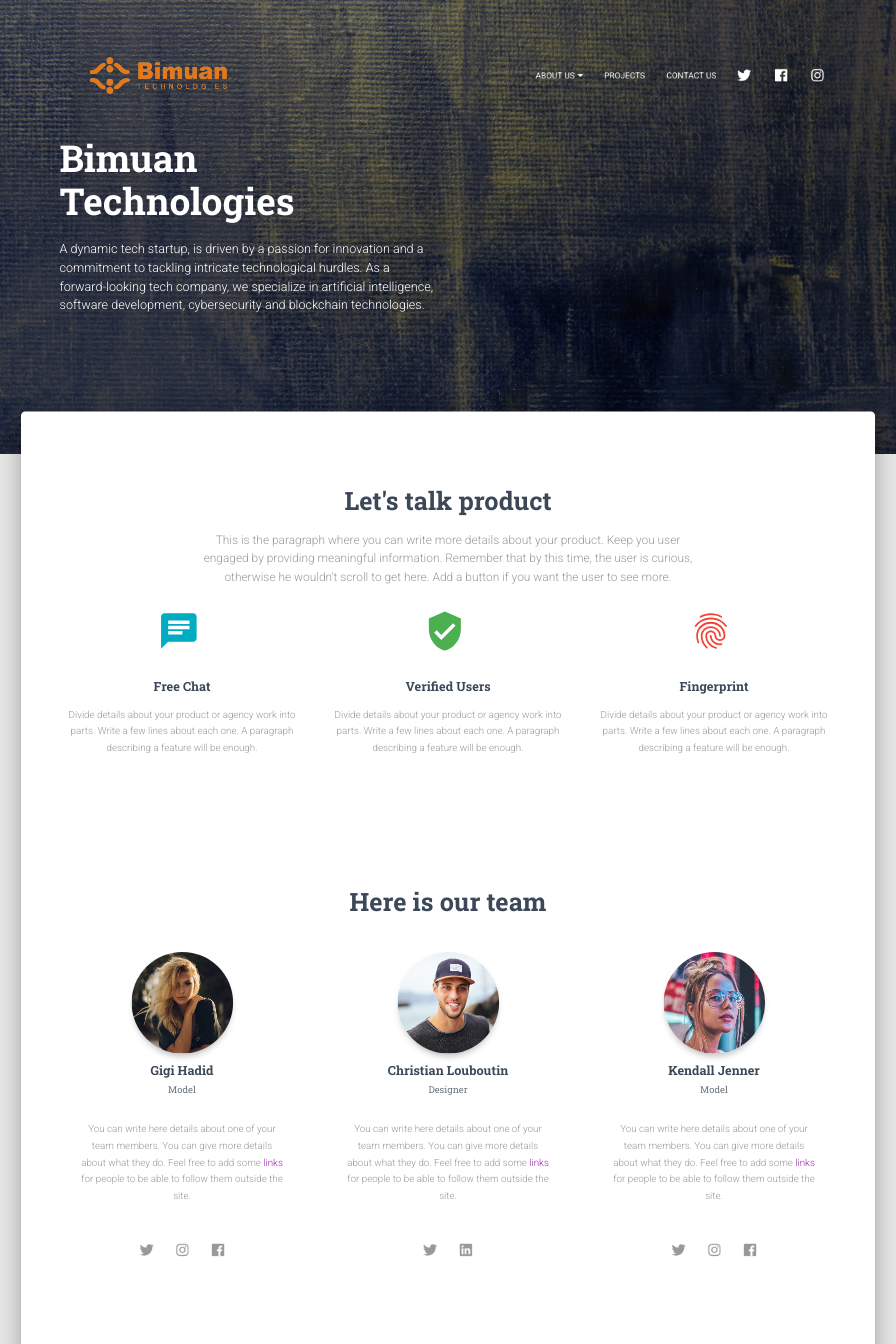
Repository: marcusdashe/bimuan-tech
Page: /
An editor plug-in stored every save of this project. The page is shown before and after the next save, followed by the edit.
The browser window is 1280 px wide. The pictures show the part of the page from y = 0 to 1920 px (the page is 2679 px tall), at 70% of full size.
Some web libraries are served in a nearby version. The project was rebuilt for these pictures with package versions that can differ from the ones it lists, and the page was loaded fresh each time. The framework's server and built-in components were replaced by stand-ins that run in the browser. Also part of the build but not shown: next.config.js.

Above is the page before, as saved 2023-10-30 14:21:20.

### pages/_app.js
/*!

=========================================================
* NextJS Material Kit v1.2.2 based on Material Kit Free - v2.0.2 (Bootstrap 4.0.0 Final Edition) and Material Kit React v1.8.0
=========================================================

* Product Page: https://www.creative-tim.com/product/nextjs-material-kit
* Copyright 2023 Creative Tim (https://www.creative-tim.com)
* Licensed under MIT (https://github.com/creativetimofficial/nextjs-material-kit/blob/main/LICENSE.md)

* Coded by Creative Tim

=========================================================

* The above copyright notice and this permission notice shall be included in all copies or substantial portions of the Software.

*/
import React from "react";
import App from "next/app";
import Head from "next/head";
import "/styles/scss/nextjs-material-kit.scss?v=1.2.0";

export default class MyApp extends App {
  componentDidMount() {
    let comment = document.createComment(`

=========================================================
* NextJS Material Kit v1.2.2 based on Material Kit Free - v2.0.2 (Bootstrap 4.0.0 Final Edition) and Material Kit React v1.8.0
=========================================================

* Product Page: https://www.creative-tim.com/product/nextjs-material-kit
* Copyright 2023 Creative Tim (https://www.creative-tim.com)
* Licensed under MIT (https://github.com/creativetimofficial/nextjs-material-kit/blob/main/LICENSE.md)

* Coded by Creative Tim

=========================================================

* The above copyright notice and this permission notice shall be included in all copies or substantial portions of the Software.

`);
    document.insertBefore(comment, document.documentElement);
  }
  static async getInitialProps({ Component, router, ctx }) {
    let pageProps = {};

    if (Component.getInitialProps) {
      pageProps = await Component.getInitialProps(ctx);
    }

    return { pageProps };
  }
  render() {
    const { Component, pageProps } = this.props;

    return (
      <React.Fragment>
        <Head>
          <meta
            name="viewport"
            content="width=device-width, initial-scale=1, shrink-to-fit=no"
          />
          <title>Bimuan Technologies</title>
        </Head>
        <Component {...pageProps} />
      </React.Fragment>
    );
  }
}

### pages/index.js
// import React, { Component } from "react";
// import Router from "next/router";

// export default class Index extends Component {
//   componentDidMount = () => {
//     Router.push("/components");
//   };

//   render() {
//     return <div />;
//   }
// }

import React from "react";
// nodejs library that concatenates classes
import classNames from "classnames";
// @material-ui/core components
import { makeStyles } from "@material-ui/core/styles";

// @material-ui/icons

// core components
import Header from "/components/Header/Header.js";
import Footer from "/components/Footer/Footer.js";
import GridContainer from "/components/Grid/GridContainer.js";
import GridItem from "/components/Grid/GridItem.js";
import Button from "/components/CustomButtons/Button.js";
import HeaderLinks from "/components/Header/HeaderLinks.js";
import Parallax from "/components/Parallax/Parallax.js";

import styles from "/styles/jss/nextjs-material-kit/pages/landingPage.js";

// Sections for this page
import ProductSection from "/pages-sections/LandingPage-Sections/ProductSection.js";
import TeamSection from "/pages-sections/LandingPage-Sections/TeamSection.js";
import WorkSection from "/pages-sections/LandingPage-Sections/WorkSection.js";

const dashboardRoutes = [];

const useStyles = makeStyles(styles);

export default function LandingPage(props) {
  const classes = useStyles();
  const { ...rest } = props;
  return (
    <div>
      <Header
        color="transparent"
        routes={dashboardRoutes}
        brand="NextJS Material Kit"
        rightLinks={<HeaderLinks />}
        fixed
        changeColorOnScroll={{
          height: 400,
          color: "white",
        }}
        {...rest}
      />
      <Parallax filter responsive image="/img/hero.jpg">
        <div className={classes.container}>
          <GridContainer>
            <GridItem xs={12} sm={12} md={6}>
              <h1 className={classes.title}>Bimuan Technologies</h1>
              <h4>
                A dynamic tech startup, is driven by a passion for innovation
                and a commitment to tackling intricate technological hurdles. As
                a forward-looking tech company, we specialize in artificial
                intelligence, software development, cybersecurity and blockchain
                technologies.
              </h4>
              <br />
              {/* <Button
                color="danger"
                size="lg"
                href="https://www.youtube.com/watch?v=dQw4w9WgXcQ&ref=creativetim"
                target="_blank"
                rel="noopener noreferrer"
              >
                <i className="fas fa-play" />
                Watch video
              </Button> */}
            </GridItem>
          </GridContainer>
        </div>
      </Parallax>
      <div className={classNames(classes.main, classes.mainRaised)}>
        <div className={classes.container}>
          <ProductSection />
          <TeamSection />
          <WorkSection />
        </div>
      </div>
      <Footer />
    </div>
  );
}

### styles/scss/nextjs-material-kit.scss
/*!

=========================================================
* NextJS Material Kit v1.2.2 based on Material Kit Free - v2.0.2 (Bootstrap 4.0.0 Final Edition) and Material Kit React v1.8.0
=========================================================

* Product Page: https://www.creative-tim.com/product/nextjs-material-kit
* Copyright 2023 Creative Tim (https://www.creative-tim.com)
* Licensed under MIT (https://github.com/creativetimofficial/nextjs-material-kit/blob/main/LICENSE.md)

* Coded by Creative Tim

=========================================================

* The above copyright notice and this permission notice shall be included in all copies or substantial portions of the Software.

*/
@import "core/variables";
@import "core/mixins";

// Core Components
@import "core/misc";
@import "core/page-transition";

// Core Plugins

// @import "plugins/plugin-datetime-picker";
@import "plugins/plugin-nouislider";
@import "plugins/plugin-react-datetime";
@import "plugins/plugin-react-slick";

### styles/scss/core/variables/_shadow.scss
// Shadows (originally from mdl http://www.getmdl.io/)
$bmd-shadow-umbra-opacity: 0.2 !default;
$bmd-shadow-penumbra-opacity: 0.14 !default;
$bmd-shadow-ambient-opacity: 0.12 !default;

// Declare the following for reuse with both mixins and the bootstrap variables
$bmd-shadow-focus: 0 0 8px rgba($black, 0.18), 0 8px 16px rgba($black, 0.36);

$bmd-shadow-2dp: 0 2px 2px 0 rgba($black, $bmd-shadow-penumbra-opacity),
  0 3px 1px -2px rgba($black, $bmd-shadow-umbra-opacity),
  0 1px 5px 0 rgba($black, $bmd-shadow-ambient-opacity);

$bmd-shadow-3dp: 0 3px 4px 0 rgba($black, $bmd-shadow-penumbra-opacity),
  0 3px 3px -2px rgba($black, $bmd-shadow-umbra-opacity),
  0 1px 8px 0 rgba($black, $bmd-shadow-ambient-opacity);

$bmd-shadow-4dp: 0 4px 5px 0 rgba($black, $bmd-shadow-penumbra-opacity),
  0 1px 10px 0 rgba($black, $bmd-shadow-ambient-opacity),
  0 2px 4px -1px rgba($black, $bmd-shadow-umbra-opacity);

$bmd-shadow-6dp: 0 6px 10px 0 rgba($black, $bmd-shadow-penumbra-opacity),
  0 1px 18px 0 rgba($black, $bmd-shadow-ambient-opacity),
  0 3px 5px -1px rgba($black, $bmd-shadow-umbra-opacity);

$bmd-shadow-8dp: 0 8px 10px 1px rgba($black, $bmd-shadow-penumbra-opacity),
  0 3px 14px 2px rgba($black, $bmd-shadow-ambient-opacity),
  0 5px 5px -3px rgba($black, $bmd-shadow-umbra-opacity);

$bmd-shadow-16dp: 0 16px 24px 2px rgba($black, $bmd-shadow-penumbra-opacity),
  0 6px 30px 5px rgba($black, $bmd-shadow-ambient-opacity),
  0 8px 10px -5px rgba($black, $bmd-shadow-umbra-opacity);

$bmd-shadow-24dp: 0 9px 46px 8px rgba($black, $bmd-shadow-penumbra-opacity),
  0 11px 15px -7px rgba($black, $bmd-shadow-ambient-opacity),
  0 24px 38px 3px rgba($black, $bmd-shadow-umbra-opacity);

### styles/scss/core/variables/_functions.scss
// Bootstrap functions
//
// Utility mixins and functions for evalutating source code across our variables, maps, and mixins.

// Ascending
// Used to evaluate Sass maps like our grid breakpoints.
@mixin _assert-ascending($map, $map-name) {
  $prev-key: null;
  $prev-num: null;
  @each $key, $num in $map {
    @if $prev-num == null {
      // Do nothing
    } @else if not comparable($prev-num, $num) {
      @warn "Potentially invalid value for #{$map-name}: This map must be in ascending order, but key '#{$key}' has value #{$num} whose unit makes it incomparable to #{$prev-num}, the value of the previous key '#{$prev-key}' !";
    } @else if $prev-num >= $num {
      @warn "Invalid value for #{$map-name}: This map must be in ascending order, but key '#{$key}' has value #{$num} which isn't greater than #{$prev-num}, the value of the previous key '#{$prev-key}' !";
    }
    $prev-key: $key;
    $prev-num: $num;
  }
}

// Starts at zero
// Another grid mixin that ensures the min-width of the lowest breakpoint starts at 0.
@mixin _assert-starts-at-zero($map) {
  $values: map-values($map);
  $first-value: nth($values, 1);
  @if $first-value != 0 {
    @warn "First breakpoint in `$grid-breakpoints` must start at 0, but starts at #{$first-value}.";
  }
}

// Replace `$search` with `$replace` in `$string`
// Used on our SVG icon backgrounds for custom forms.
//
// @author Hugo Giraudel
// @param {String} $string - Initial string
// @param {String} $search - Substring to replace
// @param {String} $replace ('') - New value
// @return {String} - Updated string
@function str-replace($string, $search, $replace: "") {
  $index: str-index($string, $search);

  @if $index {
    @return str-slice($string, 1, $index - 1) + $replace +
      str-replace(
        str-slice($string, $index + str-length($search)),
        $search,
        $replace
      );
  }

  @return $string;
}

// Color contrast
@function color-yiq($color) {
  $r: red($color);
  $g: green($color);
  $b: blue($color);

  $yiq: (($r * 299) + ($g * 587) + ($b * 114)) / 1000;

  @if ($yiq >= $yiq-contrasted-threshold) {
    @return $yiq-text-dark;
  } @else {
    @return $yiq-text-light;
  }
}

// Retrieve color Sass maps
@function color($key: "blue") {
  @return map-get($colors, $key);
}

@function theme-color($key: "primary") {
  @return map-get($theme-colors, $key);
}

@function gray($key: "100") {
  @return map-get($grays, $key);
}

// Request a theme color level
@function theme-color-level($color-name: "primary", $level: 0) {
  $color: theme-color($color-name);
  $color-base: if($level > 0, #000, #fff);
  $level: abs($level);

  @return mix($color-base, $color, $level * $theme-color-interval);
}

### styles/scss/core/mixins/_colored-shadows.scss
@mixin shadow-big() {
  box-shadow: 0 16px 38px -12px rgba(0, 0, 0, $bmd-shadow-penumbra-opacity * 4),
    0 4px 25px 0px rgba(0, 0, 0, $bmd-shadow-ambient-opacity),
    0 8px 10px -5px rgba(0, 0, 0, $bmd-shadow-umbra-opacity);
}

@mixin shadow-big-image() {
  // new box shadow optimized for Tables and Phones
  box-shadow: 0 5px 15px -8px rgba(0, 0, 0, $bmd-shadow-ambient-opacity * 2),
    0 8px 10px -5px rgba(0, 0, 0, $bmd-shadow-umbra-opacity);
}

@mixin shadow-big-navbar() {
  box-shadow: 0 10px 20px -12px rgba(0, 0, 0, $bmd-shadow-penumbra-opacity * 3),
    0 3px 20px 0px rgba(0, 0, 0, $bmd-shadow-ambient-opacity),
    0 8px 10px -5px rgba(0, 0, 0, $bmd-shadow-umbra-opacity);
}

@mixin shadow-big-color($color) {
  // new box shadow optimized for Tables and Phones
  box-shadow: 0 5px 20px 0px rgba(0, 0, 0, 0.2),
    0 13px 24px -11px rgba($color, 0.6);
}

@mixin shadow-small-color($color) {
  // new box shadow optimized for Tablets and Phones
  box-shadow: 0 4px 20px 0px rgba(0, 0, 0, 0.14),
    0 7px 10px -5px rgba($color, 0.4);
}

@mixin shadow-navbar-color($color) {
  // new box shadow optimized for Tablets and Phones

  @if ($color == $white-color) {
    box-shadow: 0 4px 18px 0px rgba(0, 0, 0, 0.12),
      0 7px 10px -5px rgba(0, 0, 0, 0.15);
  } @else {
    box-shadow: 0 4px 20px 0px rgba(0, 0, 0, 0.14),
      0 7px 12px -5px rgba($color, 0.46);
  }
}

@mixin shadow-2dp() {
  box-shadow: 0 2px 2px 0 rgba(0, 0, 0, $bmd-shadow-penumbra-opacity),
    0 3px 1px -2px rgba(0, 0, 0, $bmd-shadow-ambient-opacity),
    0 1px 5px 0 rgba(0, 0, 0, $bmd-shadow-umbra-opacity);
}

@mixin shadow-4dp() {
  box-shadow: 0 4px 5px 0 rgba(0, 0, 0, $bmd-shadow-penumbra-opacity),
    0 1px 10px 0 rgba(0, 0, 0, $bmd-shadow-ambient-opacity),
    0 2px 4px -1px rgba(0, 0, 0, $bmd-shadow-umbra-opacity);
}

@mixin shadow-6dp() {
  box-shadow: 0 6px 10px 0 rgba(0, 0, 0, $bmd-shadow-penumbra-opacity),
    0 1px 18px 0 rgba(0, 0, 0, $bmd-shadow-ambient-opacity),
    0 3px 5px -1px rgba(0, 0, 0, $bmd-shadow-umbra-opacity);
}

@mixin shadow-8dp() {
  box-shadow: 0 8px 10px 1px rgba(0, 0, 0, $bmd-shadow-penumbra-opacity),
    0 3px 14px 2px rgba(0, 0, 0, $bmd-shadow-ambient-opacity),
    0 5px 5px -3px rgba(0, 0, 0, $bmd-shadow-umbra-opacity);
}

@mixin shadow-16dp() {
  box-shadow: 0 16px 24px 2px rgba(0, 0, 0, $bmd-shadow-penumbra-opacity),
    0 6px 30px 5px rgba(0, 0, 0, $bmd-shadow-ambient-opacity),
    0 8px 10px -5px rgba(0, 0, 0, $bmd-shadow-umbra-opacity);
}

@mixin shadow-2dp-color($color) {
  box-shadow: 0 2px 2px 0 rgba($color, $bmd-shadow-penumbra-opacity),
    0 3px 1px -2px rgba($color, $bmd-shadow-umbra-opacity),
    0 1px 5px 0 rgba($color, $bmd-shadow-ambient-opacity);
}

@mixin shadow-4dp-color($color) {
  box-shadow: 0 4px 5px 0 rgba($color, $bmd-shadow-penumbra-opacity),
    0 1px 10px 0 rgba($color, $bmd-shadow-ambient-opacity),
    0 2px 4px -1px rgba($color, $bmd-shadow-umbra-opacity);
}

@mixin shadow-8dp-color($color) {
  box-shadow: 0 8px 10px 1px rgba($color, $bmd-shadow-penumbra-opacity),
    0 3px 14px 2px rgba(0, 0, 0, $bmd-shadow-ambient-opacity),
    0 5px 5px -3px rgba($color, $bmd-shadow-umbra-opacity);
}

@mixin shadow-16dp-color($color) {
  box-shadow: 0 16px 24px 2px rgba($color, $bmd-shadow-penumbra-opacity),
    0 6px 30px 5px rgba(0, 0, 0, $bmd-shadow-ambient-opacity),
    0 8px 10px -5px rgba($color, $bmd-shadow-umbra-opacity);
}

@mixin button-shadow-color($color) {
  box-shadow: 0 14px 26px -12px rgba($color, $bmd-shadow-penumbra-opacity * 3),
    0 4px 23px 0px rgba(0, 0, 0, $bmd-shadow-ambient-opacity),
    0 8px 10px -5px rgba($color, $bmd-shadow-umbra-opacity);
}

@mixin shadow-z-1() {
  box-shadow: 0 1px 6px 0 rgba(0, 0, 0, 0.12), 0 1px 6px 0 rgba(0, 0, 0, 0.12);
}

@mixin shadow-z-1-hover() {
  box-shadow: 0 5px 11px 0 rgba(0, 0, 0, 0.18), 0 4px 15px 0 rgba(0, 0, 0, 0.15);
}

@mixin shadow-z-2() {
  box-shadow: 0 8px 17px 0 rgba(0, 0, 0, 0.2), 0 6px 20px 0 rgba(0, 0, 0, 0.19);
}

@mixin shadow-z-3() {
  box-shadow: 0 12px 15px 0 rgba(0, 0, 0, 0.24),
    0 17px 50px 0 rgba(0, 0, 0, 0.19);
}

@mixin shadow-z-4() {
  box-shadow: 0 16px 28px 0 rgba(0, 0, 0, 0.22),
    0 25px 55px 0 rgba(0, 0, 0, 0.21);
}

@mixin shadow-z-5() {
  box-shadow: 0 27px 24px 0 rgba(0, 0, 0, 0.2),
    0 40px 77px 0 rgba(0, 0, 0, 0.22);
}

### styles/scss/core/_misc.scss
html * {
  -webkit-font-smoothing: antialiased;
  -moz-osx-font-smoothing: grayscale;
}
body {
  font-size: 1rem;
}
body,
h1,
h2,
h3,
h4,
h5,
h6 {
  font-family: "Roboto", "Helvetica", "Arial", sans-serif;
  font-weight: 300;
  line-height: 1.5em;
}
h1,
h2,
h3,
h4,
h5,
h6 {
  color: inherit;
}
h1,
h2,
h3 {
  margin-top: 20px;
  margin-bottom: 10px;
}
h4,
h5,
h6 {
  margin-top: 10px;
  margin-bottom: 10px;
}
h1 {
  font-size: 3.3125rem;
  line-height: 1.15em;
}
h2 {
  font-size: 2.25rem;
  line-height: 1.5em;
}
h3 {
  font-size: 1.5625rem;
  line-height: 1.4em;
}
h4 {
  font-size: 1.125rem;
  line-height: 1.5em;
}
h5 {
  font-size: 1.0625rem;
  line-height: 1.55em;
}
h6 {
  font-size: 0.75rem;
  text-transform: uppercase;
  font-weight: 500;
}
p {
  font-size: 14px;
  margin: 0 0 10px;
}
html {
  font-family: sans-serif;
  line-height: 1.15;
  -webkit-text-size-adjust: 100%;
  -ms-text-size-adjust: 100%;
  -ms-overflow-style: scrollbar;
  -webkit-tap-highlight-color: transparent;
}
body {
  background-color: #e5e5e5;
  color: $black-color;
  margin: 0;
  font-size: 1rem;
  text-align: left;
}

legend {
  border-bottom: 0;
}

// Prevent highlight on mobile
* {
  -webkit-tap-highlight-color: rgba(255, 255, 255, 0);
  -webkit-tap-highlight-color: transparent;
  box-sizing: border-box;
  &:focus {
    outline: 0;
  }
}

a {
  color: $link-color;
  text-decoration: none;
  background-color: transparent;
  &:hover,
  &:focus {
    color: darken($link-color, 5%);
    text-decoration: none;
  }
}

label {
  font-size: 14px;
  line-height: 1.42857;
  color: $checkboxes-text-color;
  font-weight: 400;
}
small {
  font-size: 75%;
  color: #777;
  font-weight: 400;
}
img {
  vertical-align: middle;
  border-style: none;
}
form {
  margin-bottom: 1.125rem;
}

Loaded but not shown: styles/scss/core/_variables.scss (common file); styles/scss/core/variables/_bootstrap-material-design-base.scss (common file); styles/scss/core/variables/_brand.scss (common file); styles/scss/core/variables/_bootstrap-material-design.scss (common file); styles/scss/core/_mixins.scss (common file); styles/scss/core/_page-transition.scss (common file); styles/scss/plugins/_plugin-nouislider.scss (common file); styles/scss/plugins/_plugin-react-datetime.scss (common file); styles/scss/plugins/_plugin-react-slick.scss (common file); styles/jss/nextjs-material-kit/components/cardStyle.js (common file); styles/jss/nextjs-material-kit/components/cardBodyStyle.js (common file); styles/jss/nextjs-material-kit/components/cardFooterStyle.js (common file); styles/jss/nextjs-material-kit/components/buttonStyle.js (385 lines, source omitted); pages-sections/LandingPage-Sections/TeamSection.js (171 lines, source omitted); styles/jss/nextjs-material-kit.js (266 lines, source omitted); components/CustomDropdown/CustomDropdown.js (198 lines, source omitted); components/Header/Header.js (159 lines, source omitted); styles/jss/nextjs-material-kit/components/customDropdownStyle.js (188 lines, source omitted); components/Header/HeaderLinks.js (130 lines, source omitted); styles/jss/nextjs-material-kit/components/headerStyle.js (165 lines, source omitted); components/Footer/Footer.js (91 lines, source omitted); styles/jss/nextjs-material-kit/components/headerLinksStyle.js (125 lines, source omitted); pages-sections/LandingPage-Sections/ProductSection.js (67 lines, source omitted); pages/_document.js (92 lines, source omitted); components/CustomInput/CustomInput.js (91 lines, source omitted); pages-sections/LandingPage-Sections/WorkSection.js (71 lines, source omitted); components/Parallax/Parallax.js (69 lines, source omitted); components/CustomButtons/Button.js (84 lines, source omitted); styles/jss/nextjs-material-kit/components/customInputStyle.js (89 lines, source omitted); components/InfoArea/InfoArea.js (56 lines, source omitted); styles/jss/nextjs-material-kit/components/footerStyle.js (59 lines, source omitted); styles/jss/nextjs-material-kit/components/infoStyle.js (68 lines, source omitted); components/Card/Card.js (36 lines, source omitted); styles/jss/nextjs-material-kit/imagesStyles.js (44 lines, source omitted); components/Card/CardFooter.js (32 lines, source omitted); components/Card/CardBody.js (32 lines, source omitted); styles/jss/nextjs-material-kit/pages/landingPageSections/teamStyle.js (47 lines, source omitted); components/Grid/GridItem.js (38 lines, source omitted); components/Grid/GridContainer.js (36 lines, source omitted); styles/jss/nextjs-material-kit/pages/landingPage.js (36 lines, source omitted); styles/jss/nextjs-material-kit/components/parallaxStyle.js (40 lines, source omitted); styles/jss/nextjs-material-kit/tooltipsStyle.js (29 lines, source omitted); styles/jss/nextjs-material-kit/pages/landingPageSections/workStyle.js (28 lines, source omitted); styles/jss/nextjs-material-kit/pages/landingPageSections/productStyle.js (20 lines, source omitted); styles/scss/core/variables/_variables.scss (945 lines, source omitted); styles/scss/core/variables/_colors.scss (315 lines, source omitted)

After the next save:
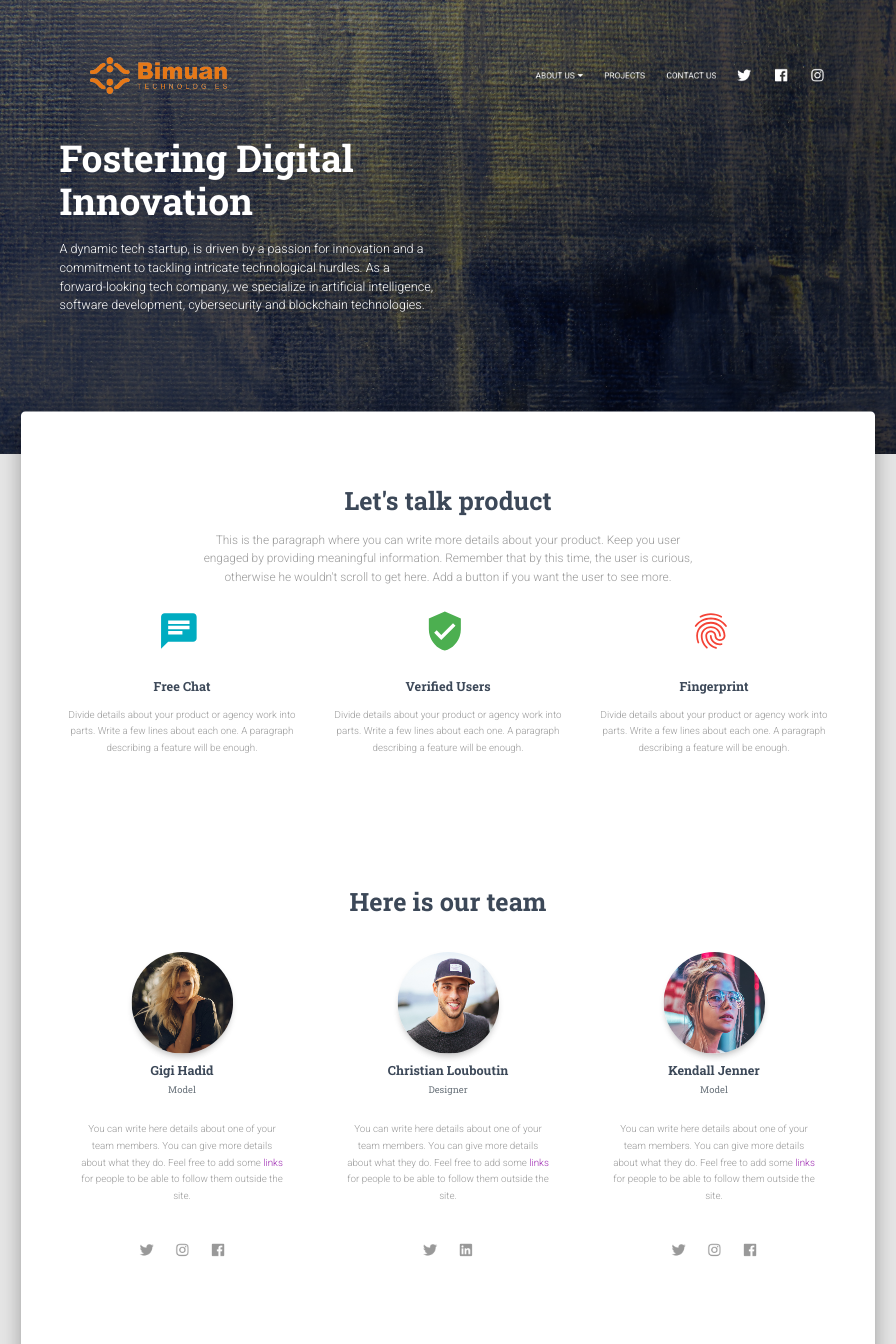
Saved 3 min 38 s later.
--- a/pages/index.js
+++ b/pages/index.js
@@ -60,7 +60,7 @@
         <div className={classes.container}>
           <GridContainer>
             <GridItem xs={12} sm={12} md={6}>
-              <h1 className={classes.title}>Bimuan Technologies</h1>
+              <h1 className={classes.title}>Fostering Digital Innovation</h1>
               <h4>
                 A dynamic tech startup, is driven by a passion for innovation
                 and a commitment to tackling intricate technological hurdles. As
